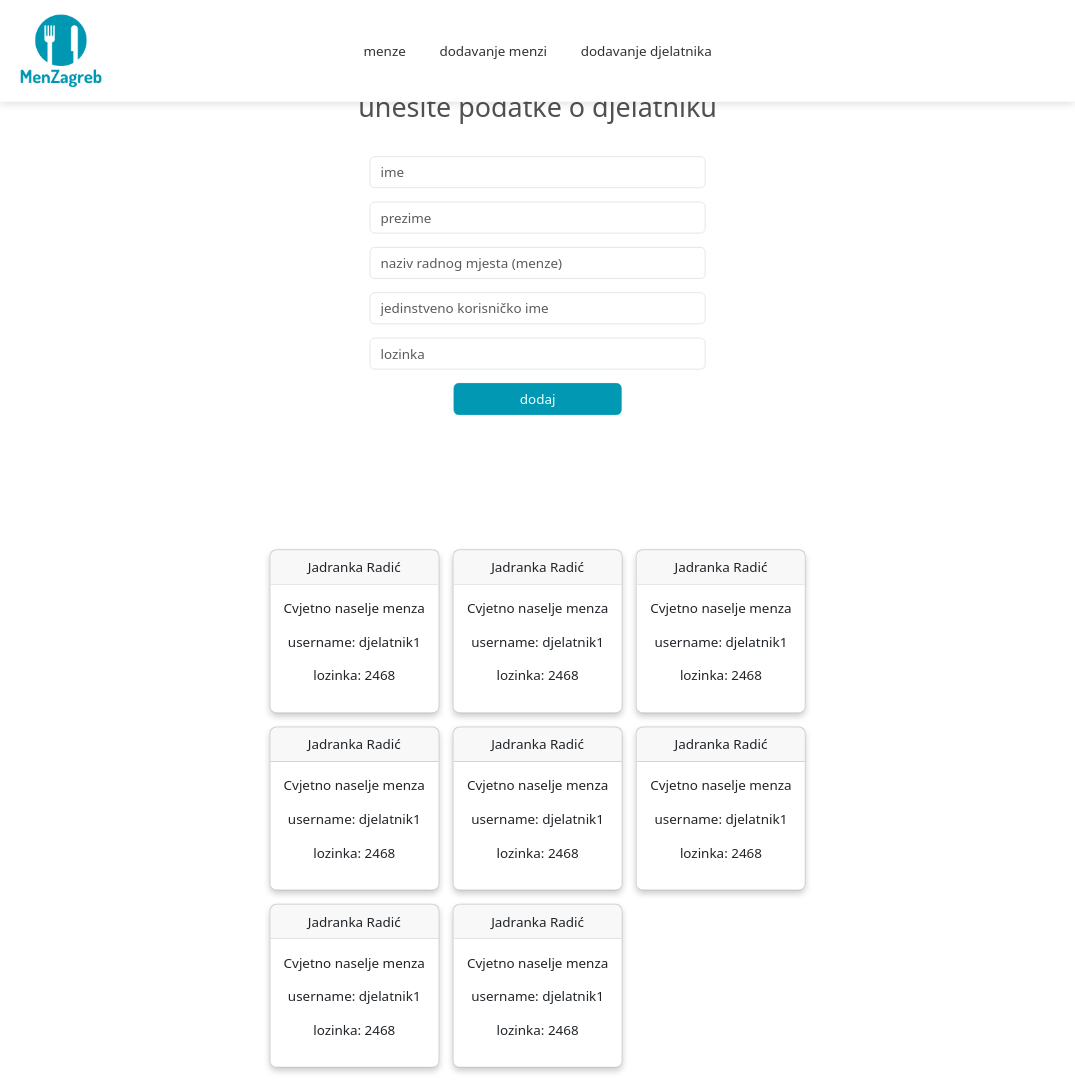
Repository: MENZG/menZg
Page: /admin/dodajDjelatnika (app in IzvorniKod/)
The author's editor kept a copy of each file at every save. The page is drawn from the files as they stood at one save, then again after the next save.
The browser window is 1280 px wide. The pictures show the whole page, at 84% of full size.
The project was rebuilt for these pictures with package versions that can differ from the ones it lists, and the page was loaded fresh each time. Also part of the build but not shown: IzvorniKod/vite.config.ts, IzvorniKod/src/Components/LoginForm.tsx, IzvorniKod/src/Components/AdminLogin.tsx, IzvorniKod/src/Components/EmployeeLogin.tsx, IzvorniKod/src/Components/NavBar.tsx, IzvorniKod/src/Components/ListaMenza.tsx, IzvorniKod/src/Components/Profil.tsx, IzvorniKod/src/Components/AddMenza.tsx and 5 more.

Above is the page before, as saved 2024-11-07 13:57:37.

### IzvorniKod/index.html
<!DOCTYPE html>
<html lang="en">
  <head>
    <meta charset="UTF-8" />
    <meta name="viewport" content="width=device-width, initial-scale=1.0" />
    <link rel="preconnect" href="https://fonts.googleapis.com">
    <link rel="preconnect" href="https://fonts.gstatic.com" crossorigin>
    <link href="https://fonts.googleapis.com/css2?family=Poiret+One&display=swap" rel="stylesheet">
    <title>MenZG</title>
  </head>
  <body>
    <div id="root"></div>
    <script type="module" src="/src/main.tsx"></script>
  </body>
</html>

### IzvorniKod/src/App.tsx
import {
  BrowserRouter as Router,
  Routes,
  Route,
  Navigate,
} from "react-router-dom";

import LoginForm from "./Components/LoginForm.tsx";
import AdminLogin from "./Components/AdminLogin.tsx";
import "bootstrap/dist/css/bootstrap.min.css";
import EmployeeLogin from "./Components/EmployeeLogin.tsx";
import ListaMenza from "./Components/ListaMenza.tsx";
import Profil from "./Components/Profil.tsx";
import AddMenza from "./Components/AddMenza.tsx";
import AddEmployee from "./Components/AddEmployee.tsx";
import AddWorkingHours from "./Components/AddWorkingHours.tsx";
import AddMeals from "./Components/AddMeals.tsx";
import ListaMenzaAdmin from "./Components/ListaMenzaAdmin.tsx";
import ListaMenzaEmployee from "./Components/ListaMenzaEmployee.tsx";

function App() {
  return (
    <Router>
      <Routes>
        <Route path="/" element={<Navigate to="/login/student" />} />
        <Route path="/login" element={<Navigate to="/login/student" />} />
        <Route path="/login/student" element={<LoginForm />} />
        <Route path="/login/admin" element={<AdminLogin />} />
        <Route path="/login/employee" element={<EmployeeLogin />} />
        <Route path="/menze" element={<ListaMenza />} />
        <Route path="/profil" element={<Profil />} />
        <Route path="/admin/menze" element={<ListaMenzaAdmin />} />
        <Route path="/admin/dodajMenzu" element={<AddMenza />} />
        <Route path="/admin/dodajDjelatnika" element={<AddEmployee />} />
        <Route path="/djelatnik/menze" element={<ListaMenzaEmployee />} />
        <Route path="/djelatnik/dodajJelovnik" element={<AddMeals />} />
        <Route
          path="/djelatnik/dodajRadnoVrijeme"
          element={<AddWorkingHours />}
        />
      </Routes>
    </Router>
  );
}

export default App;

### IzvorniKod/src/Components/AddEmployee.tsx
import NavBarAdmin from "./NavBarAdmin";
import { Button, Form } from "react-bootstrap";
import "/src/styles/AddEmployee.css";
import ListaEmployees from "./ListaEmployees";

const AddEmployee = () => {
  return (
    <>
      <NavBarAdmin />
      <div className="dodaj-djelatnika-container">
        <h2 className="h2">unesite podatke o djelatniku</h2>
        <Form className="w-100" style={{ maxWidth: "400px" }}>
          <Form.Group className="mb-3">
            <Form.Control
              className="form-control"
              type="name"
              placeholder="ime"
            />
          </Form.Group>

          <Form.Group className="mb-3">
            <Form.Control
              className="form-control"
              type="last-name"
              placeholder="prezime"
            />
          </Form.Group>

          <Form.Group className="mb-3">
            <Form.Control
              className="form-control"
              type="text"
              placeholder="naziv radnog mjesta (menze)"
            />
          </Form.Group>

          <Form.Group className="mb-3">
            <Form.Control
              className="form-control"
              type="text"
              placeholder="jedinstveno korisničko ime"
            />
          </Form.Group>

          <Form.Group className="mb-3">
            <Form.Control
              className="form-control"
              type="text"
              placeholder="lozinka"
            />
          </Form.Group>

          <Button variant="primary" type="submit" className="w-50 mb-3">
            dodaj
          </Button>
        </Form>
        <ListaEmployees />
      </div>
    </>
  );
};

export default AddEmployee;

### IzvorniKod/src/styles/ListaMenza.css
/*.card-container {
    display: grid;
    grid-template-columns: repeat(auto-fill, minmax(18rem, 1fr));
    gap: 1rem;
    padding: 1rem;
    justify-items: center;
    align-items: start;
    padding-top: 20vh;
  }*/

  .card-container {
    display: grid;
    grid-template-columns: repeat(3, 1fr); /* Maksimalno 3 stupca */
    gap: 1rem;
    padding: 1rem;
    justify-items: center;
    justify-content: center;
    align-items: start;
    padding-top: 20vh;
    max-width: 75vw; /* Održite ovu širinu za udaljenost od rubova */
    margin-left: auto; /* Centriranje pomoću automatskih margina */
    margin-right: auto;
  }

  /* Smanji na 2 stupca za srednje ekrane */
  @media (max-width: 768px) {
    .card-container {
      grid-template-columns: repeat(2, 1fr);
    }
  }

  /* Smanji na 1 stupac za male ekrane (mobitele) */
  @media (max-width: 480px) {
    .card-container {
      grid-template-columns: 1fr;
    }
  }

  .card {
    box-shadow: 0px 4px 8px rgba(0, 0, 0, 0.2);
    border-radius: 8px;
    transition: transform 0.3s ease;
  }

  .card:hover {
    transform: scale(1.05);
  }

  .card img {
    border-top-left-radius: 8px;
    border-top-right-radius: 8px;
    object-fit: cover;
    height: 25vh;
  }

  .btn-primary{
    background-color: #0098b3;
    color: azure;
    border-color: #0098b3;
  }

  .btn-primary:hover{
    background-color: #00758a;
    border-color: #00758a;
  }

  .button-container {
    text-align: center;
  }

### IzvorniKod/src/Components/NavBarAdmin.tsx
import "/src/styles/NavBar.css";
import { useNavigate } from "react-router-dom";
import { Button } from "react-bootstrap";

const NavBarAdmin = () => {
  const navigate = useNavigate();

  const handleOnClickMenze = () => {
    navigate("/admin/menze");
  };

  const handleOnClickAddMenza = () => {
    navigate("/admin/dodajMenzu");
  };

  const handleOnClickAddEmployee = () => {
    navigate("/admin/dodajDjelatnika");
  };
  return (
    <nav className="navbar navbar-expand-lg bg-body-tertiary navbar-bg">
      <div className="container-fluid">
        <img
          src="/src/public/MenZagreb.png"
          alt="logo slika"
          className="logo-img"
        ></img>
        <div className="nav-btn-container">
          <ul className="navbar-nav me-auto mb-2 mb-lg-0">
            <li className="nav-item">
              <Button className="nav-btn" onClick={handleOnClickMenze}>
                menze
              </Button>
            </li>
            <li className="nav-item">
              <Button className="nav-btn" onClick={handleOnClickAddMenza}>
                dodavanje menzi
              </Button>
            </li>
            <li className="nav-item">
              <Button className="nav-btn" onClick={handleOnClickAddEmployee}>
                dodavanje djelatnika
              </Button>
            </li>
          </ul>
        </div>
      </div>
    </nav>
  );
};

export default NavBarAdmin;

### IzvorniKod/src/styles/AddMenza.css
.dodaj-menzu-container{
    display: flex;
    flex-direction: column;
    align-items: center; /* Centers the children horizontally */
    justify-content: center; /* Centers the children vertically, if needed */
    text-align: center;
    padding-top: 15vh;
}

.h2{
    color: rgb(81, 81, 81);
    margin-bottom: 40px;
}
.h4{
    color: rgb(81, 81, 81);
}

body {
    display: flex;
    justify-content: center; /* Centers horizontally */
    align-items: center; /* Centers vertically */
    min-height: 100vh; /* Ensures the body takes the full height of the viewport */
    margin: 0; /* Removes default margin */
  }

.select-container{
    display: flex;
    flex-direction: row;
    margin: 20px;
}

### IzvorniKod/src/styles/AddEmployee.css
.dodaj-djelatnika-container{
    display: flex;
    flex-direction: column;
    align-items: center; /* Centers the children horizontally */
    justify-content: center; /* Centers the children vertically, if needed */
    text-align: center;
    padding-top: 15vh;
}

.h2{
    color: rgb(81, 81, 81);
    margin-bottom: 40px;
}

body {
    display: flex;
    justify-content: center; /* Centers horizontally */
    align-items: center; /* Centers vertically */
    min-height: 100vh; /* Ensures the body takes the full height of the viewport */
    margin: 0; /* Removes default margin */
  }

### IzvorniKod/src/Components/ListaEmployees.tsx
import "/src/styles/ListaMenza.css";

const ListaEmployees = () => {
  return (
    <div className="card-container">
      <div className="card">
        <div className="card-header">Jadranka Radić</div>
        <div className="card-body">
          <p>Cvjetno naselje menza</p>
          <p>username: djelatnik1</p>
          <p>lozinka: 2468</p>
        </div>
      </div>
      <div className="card">
        <div className="card-header">Jadranka Radić</div>
        <div className="card-body">
          <p>Cvjetno naselje menza</p>
          <p>username: djelatnik1</p>
          <p>lozinka: 2468</p>
        </div>
      </div>
      <div className="card">
        <div className="card-header">Jadranka Radić</div>
        <div className="card-body">
          <p>Cvjetno naselje menza</p>
          <p>username: djelatnik1</p>
          <p>lozinka: 2468</p>
        </div>
      </div>
      <div className="card">
        <div className="card-header">Jadranka Radić</div>
        <div className="card-body">
          <p>Cvjetno naselje menza</p>
          <p>username: djelatnik1</p>
          <p>lozinka: 2468</p>
        </div>
      </div>
      <div className="card">
        <div className="card-header">Jadranka Radić</div>
        <div className="card-body">
          <p>Cvjetno naselje menza</p>
          <p>username: djelatnik1</p>
          <p>lozinka: 2468</p>
        </div>
      </div>
      <div className="card">
        <div className="card-header">Jadranka Radić</div>
        <div className="card-body">
          <p>Cvjetno naselje menza</p>
          <p>username: djelatnik1</p>
          <p>lozinka: 2468</p>
        </div>
      </div>
      <div className="card">
        <div className="card-header">Jadranka Radić</div>
        <div className="card-body">
          <p>Cvjetno naselje menza</p>
          <p>username: djelatnik1</p>
          <p>lozinka: 2468</p>
        </div>
      </div>
      <div className="card">
        <div className="card-header">Jadranka Radić</div>
        <div className="card-body">
          <p>Cvjetno naselje menza</p>
          <p>username: djelatnik1</p>
          <p>lozinka: 2468</p>
        </div>
      </div>
    </div>
  );
};

export default ListaEmployees;

### IzvorniKod/src/styles/NavBar.css
.logo-img {
    height: 14vh;
    margin: 0;
}

/* Stil za navigacijske botune */
.nav-item .nav-btn {
    background: none;
    border: none;
    color: #333;
    font-weight: normal;
    cursor: pointer;
    padding: 0;
    text-decoration: none;
    margin: 0 20px;
}

.nav-item .nav-btn:hover {
    color: #0098b3;
    background: none;
}

.nav-btn-container {
    position: absolute;
    left: 50%;
    transform: translateX(-50%);
    display: flex;
    gap: 20px;
    align-items: center;
}

/* Stil za pozadinu navbara */
.navbar-bg {
    background-color: white !important;
}

/* Navbar - fiksna pozicija i stil */
.navbar {
    position: fixed;
    top: 0;
    left: 0;
    width: 100%;
    z-index: 1000;
    background-color: white;
    box-shadow: 0 4px 8px rgba(0, 0, 0, 0.1);
    padding: 10px;
}

/* Kontejner za elemente unutar navbara */
.navbar .container-fluid {
    display: flex;
    align-items: center;
    justify-content: space-between; /* Logo lijevo, ostatak desno */
    position: relative;
}

/* Centriranje logo-a */
.logo-img {
    margin-right: auto; /* Osigurava da logo ostane skroz lijevo */
}

Loaded but not shown: IzvorniKod/src/main.tsx (common file)

After the next save:
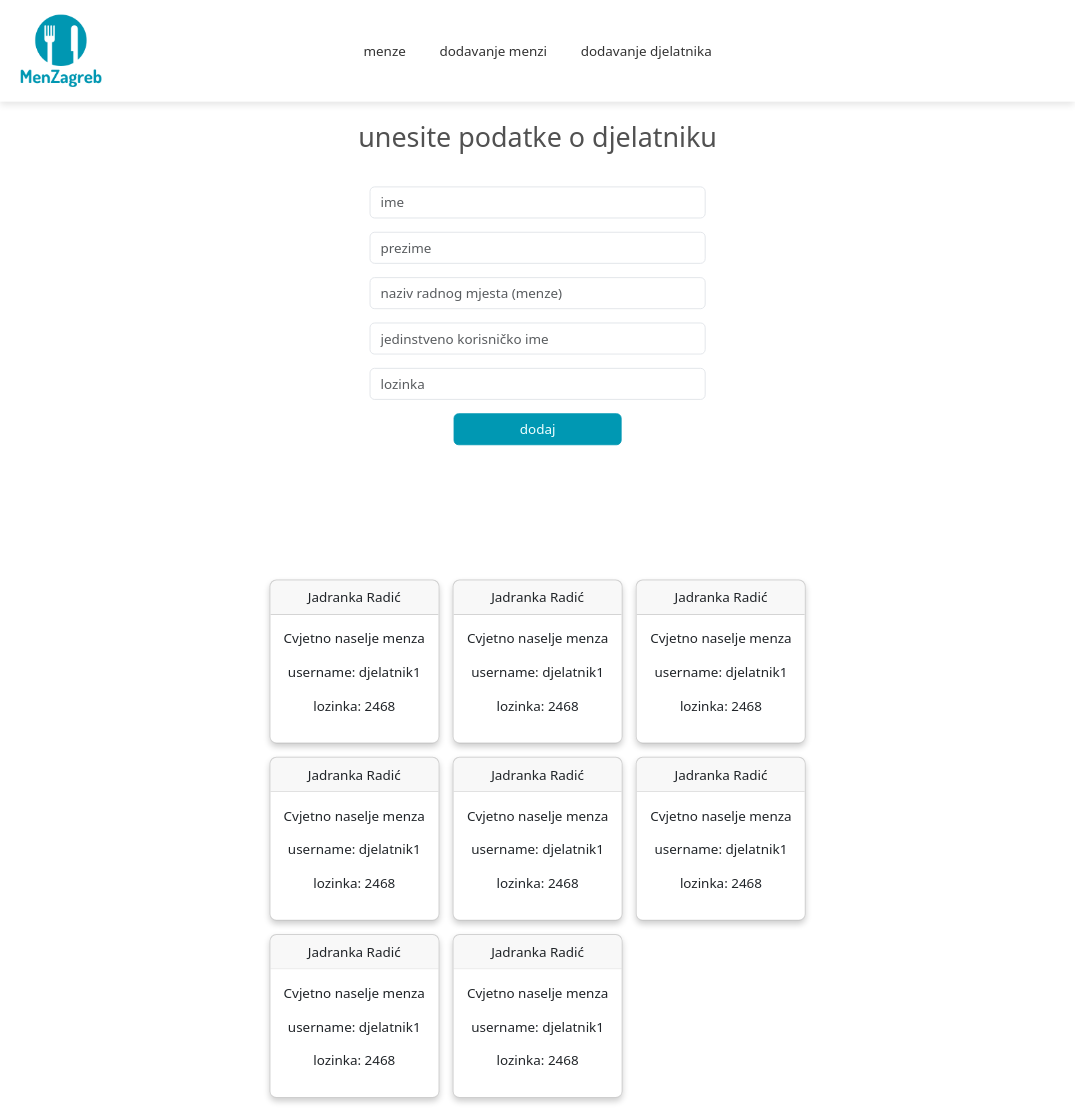
Saved 2 min 28 s later.
--- a/IzvorniKod/src/styles/AddEmployee.css
+++ b/IzvorniKod/src/styles/AddEmployee.css
@@ -4,7 +4,7 @@
     align-items: center; /* Centers the children horizontally */
     justify-content: center; /* Centers the children vertically, if needed */
     text-align: center;
-    padding-top: 15vh;
+    padding-top: 20vh;
 }
 
 .h2{
